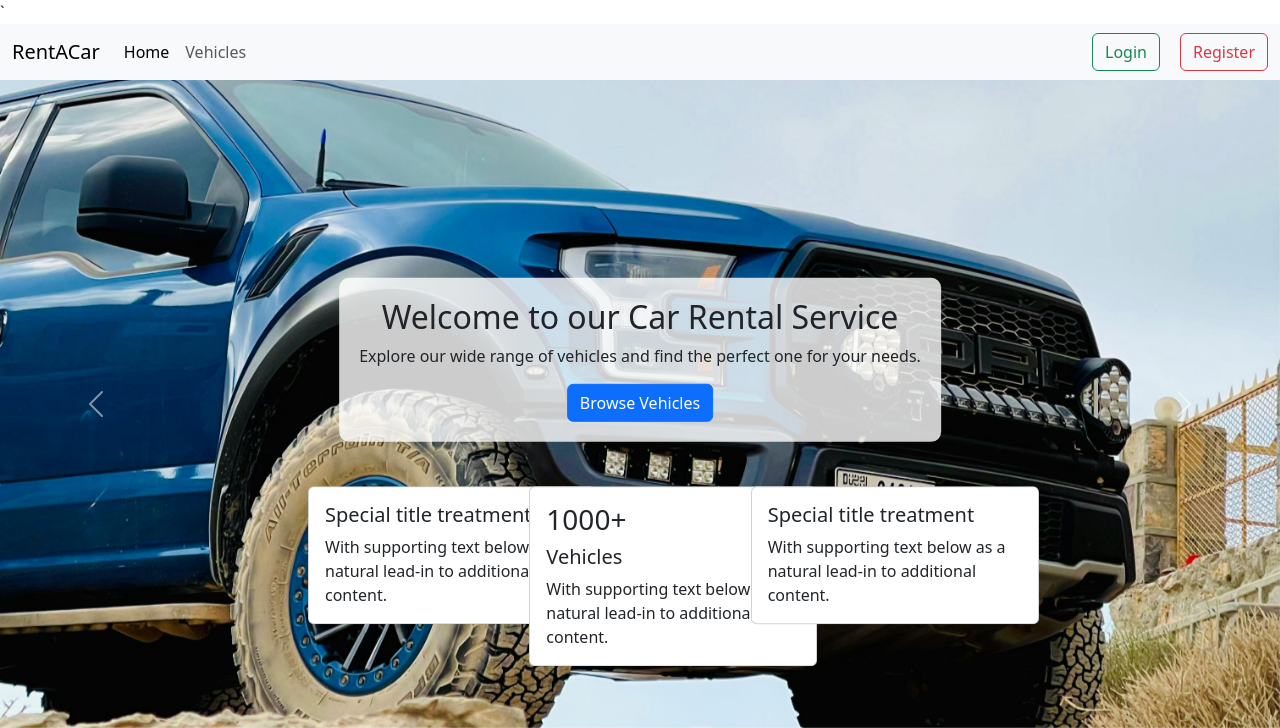
Repository: VimashaVishvani/VehicleRental
Page: http://localhost/Vehicle_rentalDb/
These files come from the project's save history. The page is drawn as it stood at one moment and after the next save; the edit follows.
The browser window is 1280 px wide. The pictures show the whole page.
The page is served by Tomcat 9. Other server files are loaded and not shown.

Above is the page before, as saved 2024-05-04 19:31:01.

### Vehicle_rentalDb/src/main/webapp/index.jsp
<%@ page language="java" contentType="text/html; charset=ISO-8859-1"
    pageEncoding="ISO-8859-1"%>
<!DOCTYPE html>
<html>
<head>
  <link href="https://cdn.jsdelivr.net/npm/bootstrap@5.3.3/dist/css/bootstrap.min.css" rel="stylesheet" integrity="sha384-QWTKZyjpPEjISv5WaRU9OFeRpok6YctnYmDr5pNlyT2bRjXh0JMhjY6hW+ALEwIH" crossorigin="anonymous">
` <script src="https://cdn.jsdelivr.net/npm/bootstrap@5.3.3/dist/js/bootstrap.bundle.min.js" integrity="sha384-YvpcrYf0tY3lHB60NNkmXc5s9fDVZLESaAA55NDzOxhy9GkcIdslK1eN7N6jIeHz" crossorigin="anonymous"></script>
<meta charset="ISO-8859-1">
<title>Insert title</title>


<style>
.courosalImages{
    height:90vh;
    object-fit:cover;
}
.overlay-content{
    position: absolute;
    top: 50%;
    left: 50%;
    transform: translate(-50%, -50%);
    z-index: 1000; /* Make sure this value is higher than the z-index of the carousel */
    background-color: rgba(255, 255, 255, 0.8); /* Add a background color with some transparency */
    padding: 20px;
    border-radius: 10px;
    text-align: center;
}
.carousel{
    z-index:1;
}
.row{
position: absolute;
    top: 80%;
    left: 50%;
    transform: translate(-50%, -50%);
    z-index: 1000;

}


</style>
</head>
<body  style="padding-top:0;">

<nav class="navbar navbar-expand-lg bg-body-tertiary" style="margine-top:-5%;">
  <div class="container-fluid">
    <a class="navbar-brand" href="#">RentACar</a>
    <button class="navbar-toggler" type="button" data-bs-toggle="collapse" data-bs-target="#navbarSupportedContent" aria-controls="navbarSupportedContent" aria-expanded="false" aria-label="Toggle navigation">
      <span class="navbar-toggler-icon"></span>
    </button>
    <div class="collapse navbar-collapse" id="navbarSupportedContent">
      <ul class="navbar-nav me-auto mb-2 mb-lg-0">
        <li class="nav-item">
          <a class="nav-link active" aria-current="page" href="#">Home</a>
        </li>
        <li class="nav-item">
          <a class="nav-link" href="#">Vehicles</a>
        </li>

      </ul>

      <button class="btn btn-outline-success"  style="margin-right:20px;">Login</button>

      <button class="btn btn-outline-danger"  >Register</button>
    </div>
  </div>
</nav>


<div id="carouselExample" class="carousel slide">
  <div class="carousel-inner">
    <div class="carousel-item active">
      <img src="images/landingPage/1.jpg" class="d-block w-100 courosalImages" alt="...">
    </div>
    <div class="carousel-item">
      <img src="images/landingPage/2.jpg" class="d-block w-100 courosalImages" alt="...">
    </div>
    <div class="carousel-item">
      <img src="images/landingPage/3.jpg" class="d-block w-100 courosalImages" alt="...">
    </div>
  </div>
  <button class="carousel-control-prev" type="button" data-bs-target="#carouselExample" data-bs-slide="prev">
    <span class="carousel-control-prev-icon" aria-hidden="true"></span>
    <span class="visually-hidden">Previous</span>
  </button>
  <button class="carousel-control-next" type="button" data-bs-target="#carouselExample" data-bs-slide="next">
    <span class="carousel-control-next-icon" aria-hidden="true"></span>
    <span class="visually-hidden">Next</span>
  </button>
</div>

<div class="overlay-content">
    <h2>Welcome to our Car Rental Service</h2>
    <p>Explore our wide range of vehicles and find the perfect one for your needs.</p>
    <a href="#" class="btn btn-primary">Browse Vehicles</a>
</div>

<div class="row">
	<div class="col-4">
	<div class="card" style="width: 18rem;">
  <div class="card-body">
    <h5 class="card-title">Special title treatment</h5>
    <p class="card-text">With supporting text below as a natural lead-in to additional content.</p>

  </div>
</div>
	</div>
	<div class="col-4">
	<div class="card" style="width: 18rem;">
  <div class="card-body">
  	<h3>1000+</h3>
    <h5 class="card-title">Vehicles</h5>
    <p class="card-text">With supporting text below as a natural lead-in to additional content.</p>

  </div>
</div>
	</div>
	<div class="col-4">
	<div class="card" style="width: 18rem;">
  <div class="card-body">
    <h5 class="card-title">Special title treatment</h5>
    <p class="card-text">With supporting text below as a natural lead-in to additional content.</p>

  </div>
</div>
	</div>

</div>

</body>
</html>

After the next save:
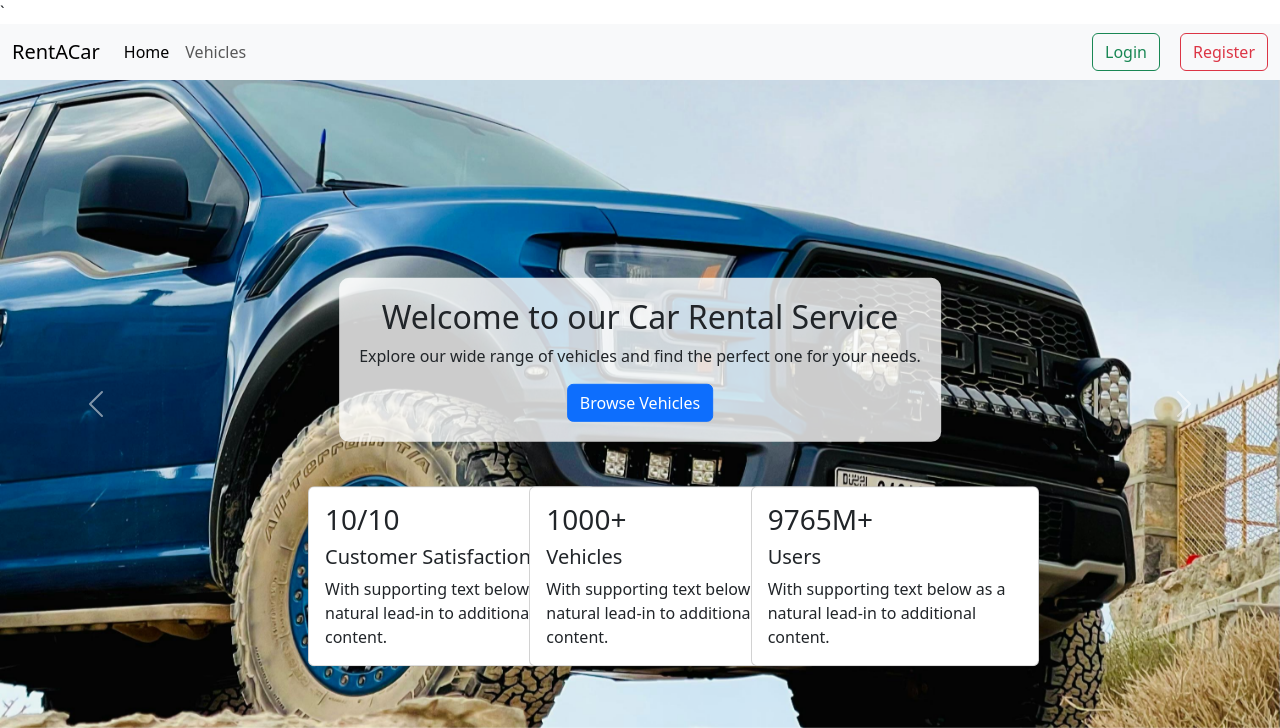
Saved 85 s later.
--- a/Vehicle_rentalDb/src/main/webapp/index.jsp
+++ b/Vehicle_rentalDb/src/main/webapp/index.jsp
@@ -99,7 +99,8 @@ position: absolute;
 	<div class="col-4">
 	<div class="card" style="width: 18rem;">
   <div class="card-body">
-    <h5 class="card-title">Special title treatment</h5>
+  <h3>10/10</h3>
+    <h5 class="card-title">Customer Satisfaction</h5>
     <p class="card-text">With supporting text below as a natural lead-in to additional content.</p>
 
   </div>
@@ -118,7 +119,8 @@ position: absolute;
 	<div class="col-4">
 	<div class="card" style="width: 18rem;">
   <div class="card-body">
-    <h5 class="card-title">Special title treatment</h5>
+  <h3>9765M+</h3>
+    <h5 class="card-title">Users</h5>
     <p class="card-text">With supporting text below as a natural lead-in to additional content.</p>
 
   </div>
